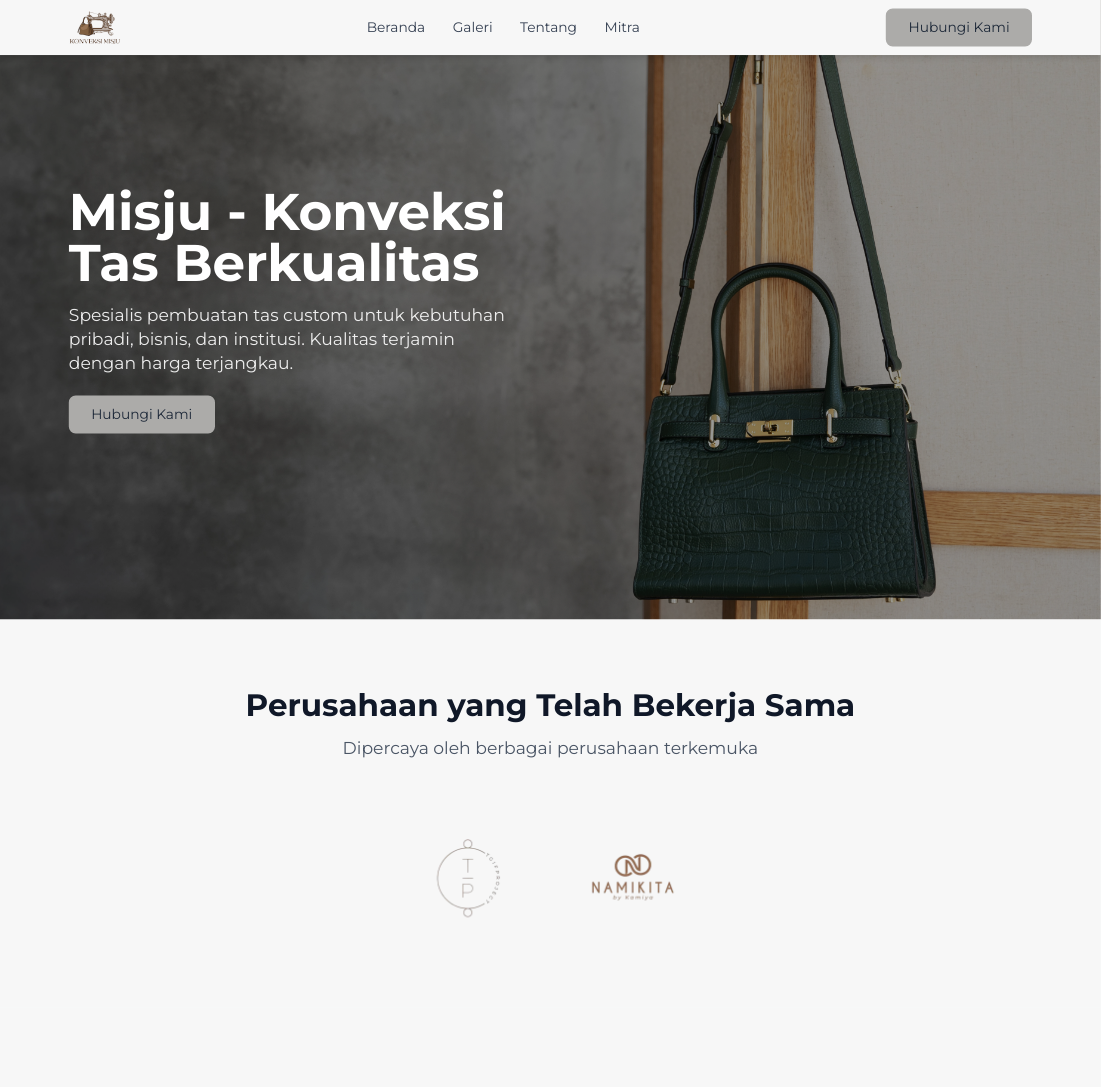
Repository: faridfirdaus-fred/konveksi_misju
Page: /
The author's editor kept a copy of each file at every save. The page is drawn from the files as they stood at one save, then again after the next save.
The browser window is 1280 px wide. The pictures show the part of the page from y = 0 to 1264 px (the page is 3420 px tall before and 3416 px after), at 86% of full size.
Pictures or frames that could not be fetched are drawn as grey boxes. The project was rebuilt for these pictures with package versions that can differ from the ones it lists, and the page was loaded fresh each time. Also part of the build but not shown: vite.config.js.

Above is the page before, as saved 2026-01-10 15:10:16.

After the next save:
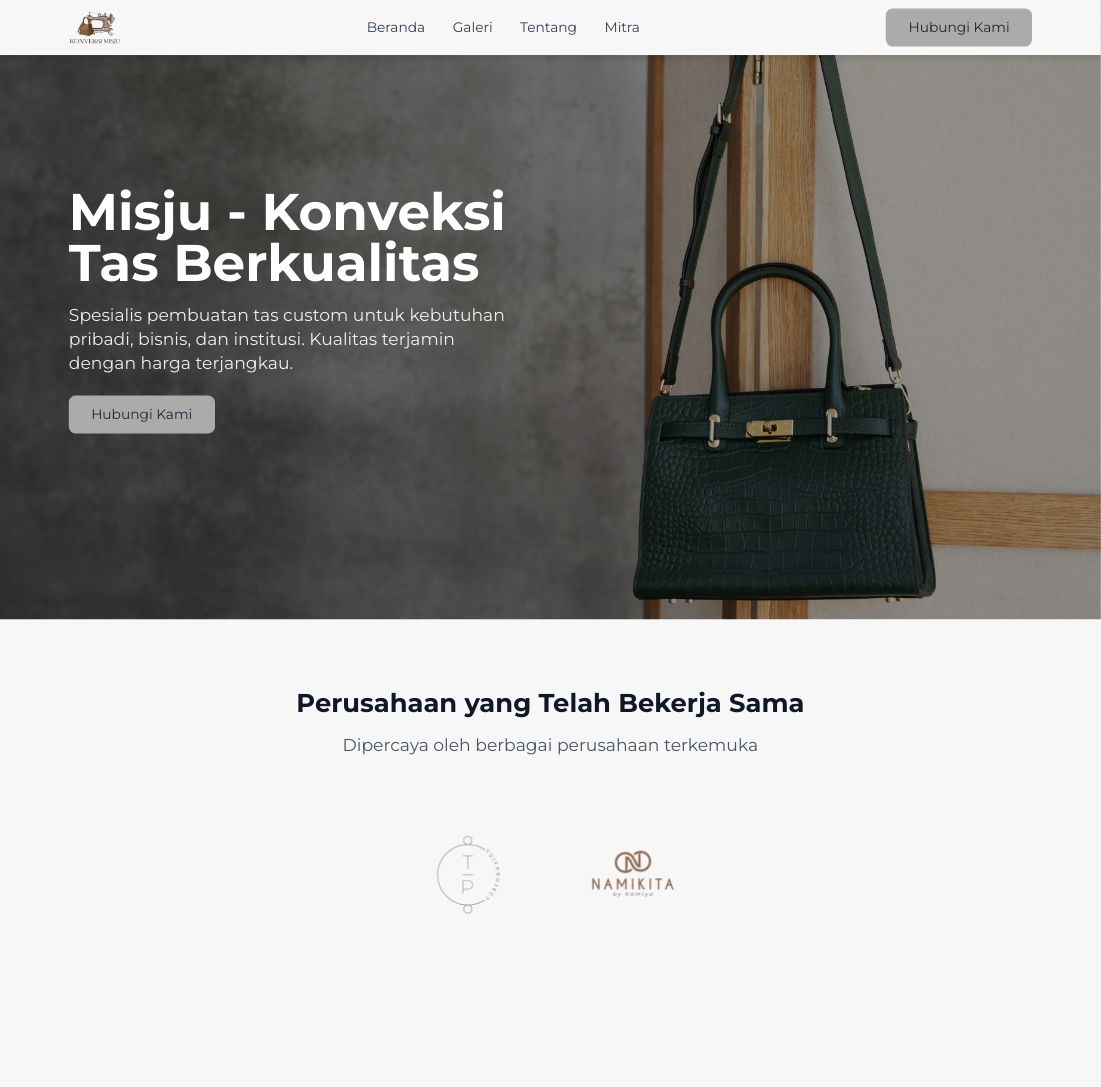
Saved 33 s later.
--- a/src/components/Partners.jsx
+++ b/src/components/Partners.jsx
@@ -21,7 +21,7 @@
     <section id="partners" className="py-20 px-20 bg-secondary">
       <div className="w-full mx-auto">
         <div className="text-center mb-16">
-          <h2 className="text-4xl font-bold text-gray-900 mb-4">
+          <h2 className="text-3xl font-bold text-gray-900 mb-4">
             Perusahaan yang Telah Bekerja Sama
           </h2>
           <p className="text-xl text-gray-600">
